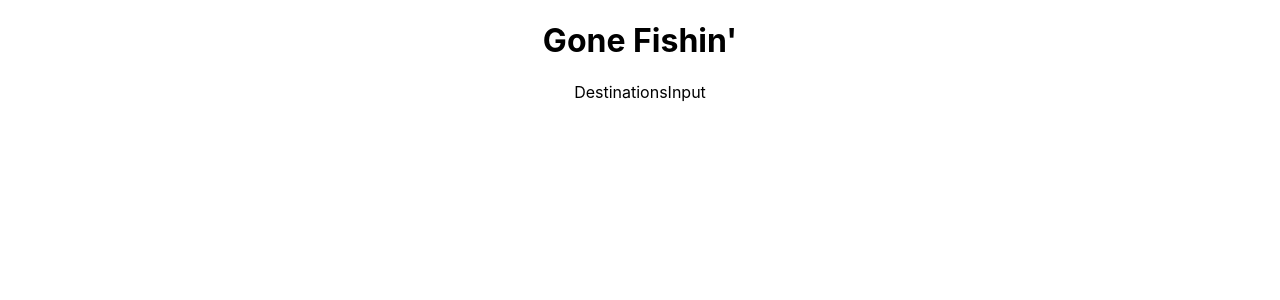
Repository: randysteele/gonefishin-frontend
Page: / (app in gone-fishin-frontend/)
An editor plug-in stored every save of this project. The page is shown before and after the next save, followed by the edit.
The browser window is 1280 px wide. The pictures show the whole page.
The page's requests for data from a server got no answer. The project was rebuilt for these pictures with package versions that can differ from the ones it lists, and the page was loaded fresh each time. No one was signed in, and anything a server would have sent is missing.

Above is the page before, as saved 2020-08-03 09:27:41.

After the next save:
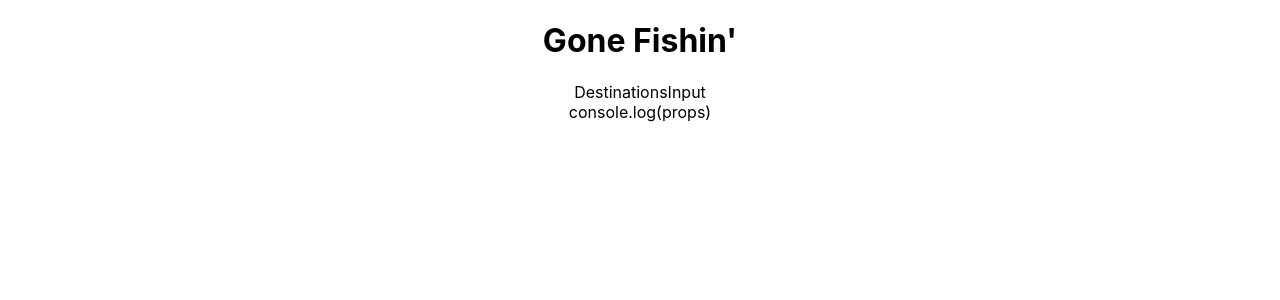
Saved 76 s later.
--- a/gone-fishin-frontend/src/components/DestinationsList.js
+++ b/gone-fishin-frontend/src/components/DestinationsList.js
@@ -5,6 +5,7 @@
 const DestinationsList = (props) => {
     return (
         <div>
+            console.log(props)
         </div>
     )
 }

After the save that followed:
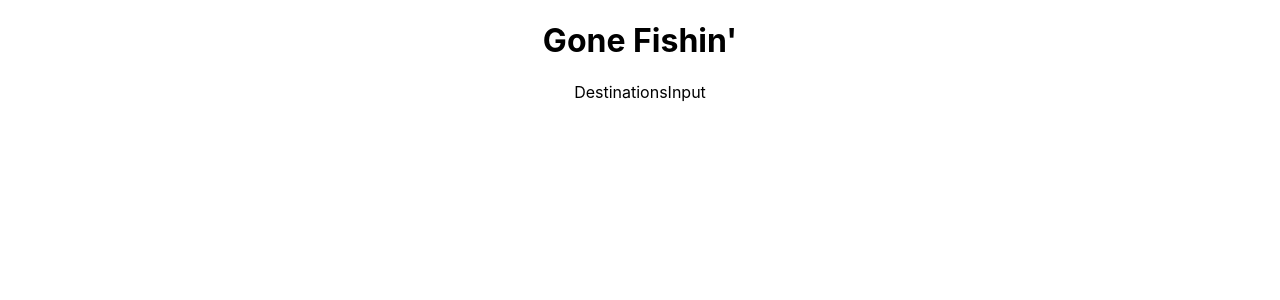
Saved 32 s later.
--- a/gone-fishin-frontend/src/components/DestinationsList.js
+++ b/gone-fishin-frontend/src/components/DestinationsList.js
@@ -3,9 +3,12 @@
 
 
 const DestinationsList = (props) => {
+
+    console.log(props)
+
     return (
         <div>
-            console.log(props)
+
         </div>
     )
 }
